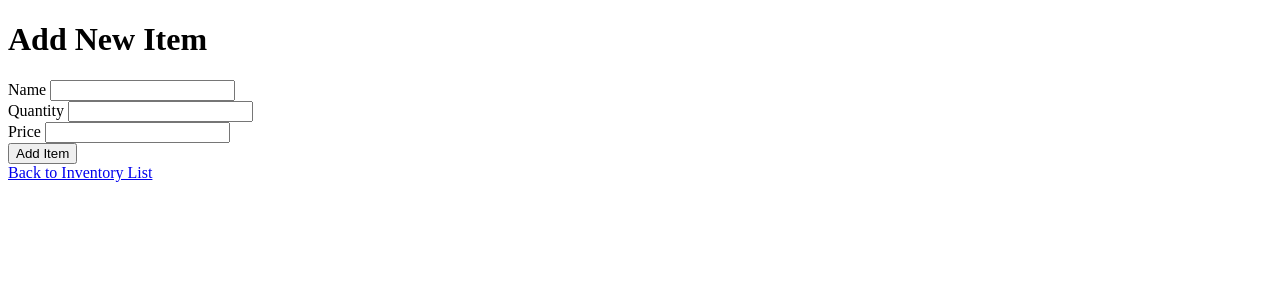
Repository: Stoldark/PLMUN
Page: http://localhost/add
These files come from the project's save history. The page is drawn as it stood at one moment and after the next save; the edit follows.
The browser window is 1280 px wide. The pictures show the whole page.
The page is served by the project's application, run on Flask 3 (tempCodeRunnerFile.py). The user the application loads for id 1 is signed in. The page reads the database file committed with the project.

Above is the page before, as saved 2024-09-22 16:23:05.

### templates/add.html
<!DOCTYPE html>
<html lang="en">
<head>
    <meta charset="UTF-8">
    <meta name="viewport" content="width=device-width, initial-scale=1.0">
    <title>Add Item</title>
</head>
<body>
    <h1>Add New Item</h1>
    <form method="POST">
        <div>
            <label for="name">Name</label>
            <input type="text" id="name" name="name" required>
        </div>
        <div>
            <label for="quantity">Quantity</label>
            <input type="number" id="quantity" name="quantity" required>
        </div>
        <div>
            <label for="price">Price</label>
            <input type="number" step="0.01" id="price" name="price" required>
        </div>
        <div>
            <button type="submit">Add Item</button>
        </div>
    </form>
    <a href="{{ url_for('index') }}">Back to Inventory List</a>
</body>
</html>

### tempCodeRunnerFile.py
from flask import Flask, render_template, request, redirect, session, url_for, flash, jsonify
from flask_wtf import FlaskForm
from wtforms import StringField, PasswordField, SubmitField
from wtforms.validators import DataRequired, Length
from flask_bcrypt import Bcrypt
from flask_login import LoginManager, UserMixin, login_user, logout_user, login_required, current_user
import sqlite3
import os

# Initialize Flask app
app = Flask(__name__)

# Set the secret key for session management
app.config['SECRET_KEY'] = 'your_secret_key'  # Change this to a secure key

# Initialize extensions
bcrypt = Bcrypt(app)
login_manager = LoginManager(app)
login_manager.login_view = 'login'

# Database connection function
def get_db_connection():
    conn = sqlite3.connect('inventory.db')
    conn.row_factory = sqlite3.Row
    return conn

# User model for Flask-Login
class User(UserMixin):
    def __init__(self, id, username, role):
        self.id = id
        self.username = username
        self.role = role

# User loader for Flask-Login
@login_manager.user_loader
def load_user(user_id):
    conn = get_db_connection()
    user = conn.execute('SELECT * FROM users WHERE id = ?', (user_id,)).fetchone()
    conn.close()
    if user:
        return User(user['id'], user['username'], user['role'])
    return None

# Registration form
class RegistrationForm(FlaskForm):
    username = StringField('Username', validators=[DataRequired(), Length(min=4, max=25)])
    password = PasswordField('Password', validators=[DataRequired(), Length(min=6, max=35)])
    role = StringField('Role', validators=[DataRequired()])
    submit = SubmitField('Register')

# Login form
class LoginForm(FlaskForm):
    username = StringField('Username', validators=[DataRequired()])
    password = PasswordField('Password', validators=[DataRequired()])
    submit = SubmitField('Login')

# Route to show inventory items
@app.route('/')
@login_required
def index():
    conn = get_db_connection()
    items = conn.execute('SELECT * FROM items').fetchall()
    conn.close()
    return render_template('index.html', items=items)

# Route to add an item
@app.route('/add', methods=('GET', 'POST'))
@login_required
def add_item():
    if request.method == 'POST':
        name = request.form['name']
        quantity = request.form['quantity']
        price = request.form['price']

        conn = get_db_connection()
        conn.execute('INSERT INTO items (name, quantity, price) VALUES (?, ?, ?)',
                     (name, quantity, price))
        conn.commit()
        conn.close()

        return redirect('/')
    return render_template('add.html')

# Route to edit an item
@app.route('/edit/<int:id>', methods=('GET', 'POST'))
@login_required
def edit_item(id):
    conn = get_db_connection()
    item = conn.execute('SELECT * FROM items WHERE id = ?', (id,)).fetchone()

    if request.method == 'POST':
        name = request.form['name']
        quantity = request.form['quantity']
        price = request.form['price']
        conn.execute('UPDATE items SET name = ?, quantity = ?, price = ? WHERE id = ?',
                     (name, quantity, price, id))
        conn.commit()
        conn.close()
        return redirect('/')

    conn.close()
    return render_template('edit.html', item=item)

# Route to delete an item
@app.route('/delete/<int:id>', methods=['POST'])
@login_required
def delete_item(id):
    conn = get_db_connection()
    conn.execute('DELETE FROM items WHERE id = ?', (id,))
    conn.commit()
    conn.close()
    return redirect('/')

# Registration route
@app.route('/register', methods=['GET', 'POST'])
def register():
    form = RegistrationForm()
    if form.validate_on_submit():
        username = form.username.data
        password = bcrypt.generate_password_hash(form.password.data).decode('utf-8')
        role = form.role.data

        conn = get_db_connection()
        conn.execute('INSERT INTO users (username, password, role) VALUES (?, ?, ?)',
                     (username, password, role))
        conn.commit()
        conn.close()

        flash('Registration successful! You can now log in.')
        return redirect(url_for('login'))
    return render_template('register.html', form=form)

# Login route
@app.route('/login', methods=['GET', 'POST'])
def login():
    form = LoginForm()
    if form.validate_on_submit():
        username = form.username.data
        password = form.password.data

        conn = get_db_connection()
        user = conn.execute('SELECT * FROM users WHERE username = ?', (username,)).fetchone()
        conn.close()

        if user and bcrypt.check_password_hash(user['password'], password):
            login_user(User(user['id'], user['username'], user['role']))
            return redirect('/')
        else:
            flash('Login Unsuccessful. Please check your username and password', 'danger')

    return render_template('login.html', form=form)

# Logout route
@app.route('/logout')
@login_required
def logout():
    logout_user()
    return redirect(url_for('index'))

# API Endpoint to get inventory items
@app.route('/api/items', methods=['GET'])
@login_required
def api_get_items():
    conn = get_db_connection()
    items = conn.execute('SELECT * FROM items').fetchall()
    conn.close()
    return jsonify([dict(item) for item in items])

# API Endpoint to add an item
@app.route('/api/items', methods=['POST'])
@login_required
def api_add_item():
    data = request.get_json()
    name = data.get('name')
    quantity = data.get('quantity')
    price = data.get('price')

    conn = get_db_connection()
    conn.execute('INSERT INTO items (name, quantity, price) VALUES (?, ?, ?)',
                 (name, quantity, price))
    conn.commit()
    conn.close()

    return jsonify({'message': 'Item added successfully'}), 201

# API Endpoint to update an item
@app.route('/api/items/<int:id>', methods=['PUT'])
@login_required
def api_update_item(id):
    data = request.get_json()
    name = data.get('name')
    quantity = data.get('quantity')
    price = data.get('price')

    conn = get_db_connection()
    conn.execute('UPDATE items SET name = ?, quantity = ?, price = ? WHERE id = ?',
                 (name, quantity, price, id))
    conn.commit()
    conn.close()

    return jsonify({'message': 'Item updated successfully'})

# API Endpoint to delete an item
@app.route('/api/items/<int:id>', methods=['DELETE'])
@login_required
def api_delete_item(id):
    conn = get_db_connection()
    conn.execute('DELETE FROM items WHERE id = ?', (id,))
    conn.commit()
    conn.close()

    return jsonify({'message': 'Item deleted successfully'})

# Run the app
if __name__ == "__main__":
    port = int(os.environ.get("PORT", 10000))  # Use PORT environment variable or default to 10000
    app.run(host="0.0.0.0", port=port, debug=True)

### inventory.db (the tables this page reads, as SQL)
CREATE TABLE users (
        id INTEGER PRIMARY KEY AUTOINCREMENT,
        username TEXT NOT NULL UNIQUE,
        password TEXT NOT NULL,
        role TEXT NOT NULL
    );
INSERT INTO "users" VALUES
(1, 'Stoldark', '$2b$12$i0Mqa5cea8pBbFSinmIz..4VJgBXWnnDkYt3rAqvmVrgWCwBsXl4O', 'Admin'),
(2, 'Eric', '$2b$12$5BeYiRheo2DNLGpAIdDfIu/9jeemr9oTFF9FkywKS857V6zqEPPLe', 'Admin'),
(3, 'Kalbo', '$2b$12$T4oBcnexPmFyclvAoOqXEOpTToENOdoxSlpFfb4sIZypqMPj9xq5a', 'Tester'),
(4, 'Panot', '$2b$12$c2CZ9X/TyyBEVZsK3EdareqkeAU/5fhJbGQMReyKLPc/TcnwLLZCS', 'Tester');

After the next save:
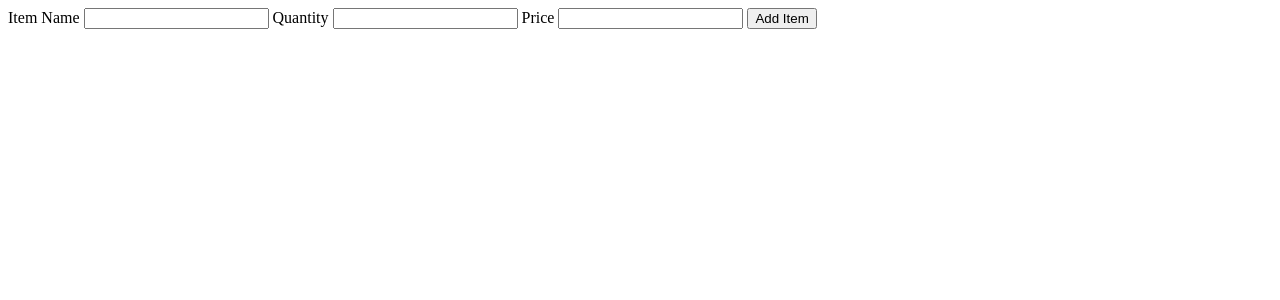
Saved 12 s later.
--- a/templates/add.html
+++ b/templates/add.html
@@ -1,29 +1,12 @@
-<!DOCTYPE html>
-<html lang="en">
-<head>
-    <meta charset="UTF-8">
-    <meta name="viewport" content="width=device-width, initial-scale=1.0">
-    <title>Add Item</title>
-</head>
-<body>
-    <h1>Add New Item</h1>
-    <form method="POST">
-        <div>
-            <label for="name">Name</label>
-            <input type="text" id="name" name="name" required>
-        </div>
-        <div>
-            <label for="quantity">Quantity</label>
-            <input type="number" id="quantity" name="quantity" required>
-        </div>
-        <div>
-            <label for="price">Price</label>
-            <input type="number" step="0.01" id="price" name="price" required>
-        </div>
-        <div>
-            <button type="submit">Add Item</button>
-        </div>
-    </form>
-    <a href="{{ url_for('index') }}">Back to Inventory List</a>
-</body>
-</html>
+<form method="POST">
+    <label for="name">Item Name</label>
+    <input type="text" name="name" id="name" required>
+
+    <label for="quantity">Quantity</label>
+    <input type="number" name="quantity" id="quantity" required>
+
+    <label for="price">Price</label>
+    <input type="text" name="price" id="price" required>
+
+    <button type="submit">Add Item</button>
+</form>
